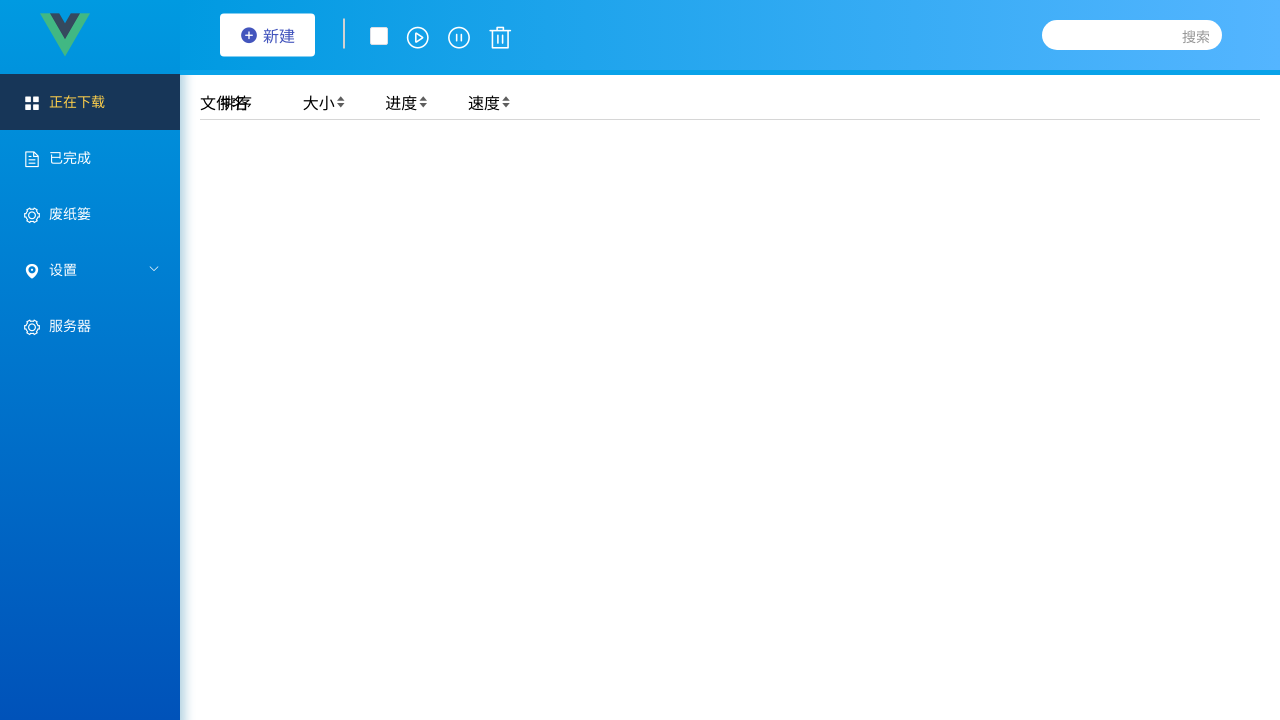
Repository: Ahui-qn/Aria2
Page: /
These files come from the project's save history. The page is drawn as it stood at one moment and after a run of saves; the edit follows.
The browser window is 1280 px wide. The pictures show the whole page.
The page's requests for data from a server got no answer. The project was rebuilt for these pictures with package versions that can differ from the ones it lists, and the page was loaded fresh each time. No one was signed in, and anything a server would have sent is missing. Also part of the build but not shown: src/components/Tables.vue.

Above is the page before, as saved 2021-11-03 11:30:47.

### src/main.js
import Vue from "vue";
import App from "./App.vue";
import router from "./router";
import store from "./store";
import Aria2Client from "./aria2-client.js"
import ElementUI from 'element-ui'
import 'element-ui/lib/theme-chalk/index.css'
import './assets/global.css'

Vue.use(ElementUI)


Vue.config.productionTip = false;

window.aria3 = new Aria2Client({
                    host: 'localhost',
                    port: 6800,
                    secret: '123456',
                })


new Vue({
  router,
  store,
  render: (h) => h(App),
}).$mount("#app");

### src/App.vue
<style lang="less" scopen>
* {
    margin: 0;
    padding: 0;
    box-sizing: border-box;
}
#app {
    display: flex;
    height: 100%;
     .el {
         height: 100%;
        .outmost-menu {
            border: none;
            width: 180px;
            height: 100%;
            box-shadow:5px 10px 10px 0px #0069994c;
            background-image:linear-gradient(#009ae1, #0052b9);
            padding-top: 10px;
            i {
                color: white;
            }
            .frist {
                margin-top: 14px;
            }
            img {
                display: block;
                width: 50px;
                margin-left: 40px;
            }
            .el-submenu {
                .el-menu {
                    background-color: #1c66ab;
                    .el-menu-item {
                        min-width: 0;
                    }
                    .el-menu-item:focus {   // 设置分组里focus颜色
                        background-color: #173658;
                    }
                    .el-menu-item-group__title {
                        display: none;
                    }
                }
            }
            .is-active {       //设置分组外层的focus颜色
                background-color: #173658;
            }
            .el-menu-item:hover {
                background-color: #173658;
            }

            .el-submenu__title:hover {
                background-color: #173658;
            }
        }
    }
    header {
        flex-grow: 1;
        nav {
            height: 70px;
            width: 100%;
            background-image:linear-gradient(to right, #009ae1, #54b5ff);
            position: relative;
            box-shadow:#09a2e9 0px 5px 0px 0px;
            .edit-status {
                height: 100%;
                padding-left:20px;
                .new {
                    margin-left: 20px;
                    background-color: #fff;
                    position: absolute;
                    color: #4355bd;
                    top: 50%;
                    transform: translateY(-50%);
                    border: none;
                    font-size: 16px;
                    a {
                        text-decoration:none;
                        color: #4355bd;
                    }
                    i {
                        font-size: 18px;
                    }
                }
                .new::after {
                    content: '';
                    height: 30px;
                    width: 2px;
                    background-color: rgb(210, 210, 210);
                    position: absolute;
                    top: 5px;
                    right: -30px;
                }
                .el-button-group::before {
                    content: none;
                }
                .el-button-group {
                    display: flex;
                    justify-content: space-between;
                    align-items: center;
                    padding: 0;
                    height: 50px;
                    width: 160px;
                    position: absolute;
                    left: 190px;
                    top:53%;
                    transform: translateY(-50%);
                    .el-checkbox__inner{
                        width: 18px;
                        height: 18px;
                    }
                    .el-checkbox__inner::after{
                        width: 7px;
                        height: 13px;
                        transform:rotate(42deg) scaleY(1) translate(-1px,-2px);
                    }

                    .el-button--primary {
                        border:none
                    }
                    .el-button{
                        background-color: rgba(255, 127, 80, 0);
                        border-radius: 0;
                        padding: 0;
                        i {
                            font-size: 25px;
                        }
                    }
                }
                label.search {
                    position: absolute;
                    top: 50%;
                    right: 50px;
                    transform: translateY(-50%);
                    span {
                        color: rgb(150, 150, 150);
                        position: absolute;
                        top: 6px;
                        right: 20px;
                        font-weight: 200;
                        font-size: 14px;
                    }
                    input {
                        width: 180px;
                        height: 30px;
                        border-radius: 999px;
                        border: none;
                        margin-right: 8px;
                        padding: 0 10px;
                    }
                }
            }
        }
    }
}
</style>

<template>
    <div id="app">
        <div class="el">
            <el-menu class="outmost-menu" text-color="#fff" active-text-color="#ffd04b" :router="true" :default-active="currentPath()">
                <img class="" src="./assets/logo.png" alt="" />
                <el-menu-item class="frist" index="/">
                    <i class="el-icon-menu"></i>
                    <span slot="title">正在下载</span>
                </el-menu-item>
                <el-menu-item index="/completed">
                    <i class="el-icon-document"></i>
                    <span slot="title">已完成</span>
                </el-menu-item>
                <el-menu-item index="/deleted">
                    <i class="el-icon-setting"></i>
                    <span slot="title">废纸篓</span>
                </el-menu-item>
                <el-submenu index="/settings">
                    <template slot="title">
                        <i class="el-icon-location"></i>
                        <span>设置</span>
                    </template>
                    <el-menu-item-group>
                        <el-menu-item index="/settings/basic">基础设置</el-menu-item>
                        <el-menu-item index="/settings/http">HTTP设置</el-menu-item>
                        <el-menu-item index="/settings/rpc">RPC设置</el-menu-item>
                        <el-menu-item index="/settings/advanced">高级设置</el-menu-item>
                    </el-menu-item-group>
                </el-submenu>
                <el-menu-item index="/server">
                    <i class="el-icon-setting"></i>
                    <span slot="title">服务器</span>
                </el-menu-item>
            </el-menu>
        </div>
        <header>
            <nav>
                <div class="edit-status">
                    <router-link to="/new">
                        <el-button type="primary" class="new" icon="el-icon-circle-plus">新建</el-button>
                    </router-link>
                    <el-button-group>
                        <el-checkbox @change="selectAll"></el-checkbox>   <!--全选按钮 ,拿取到当前组件的内容传递过去-->
                        <el-button type="primary" icon="el-icon-video-play" @click.native="editStatus('unpause')"></el-button>  <!--开始按钮-->
                        <el-button type="primary" icon="el-icon-video-pause" @click.native="editStatus('pause')"></el-button>  <!--暂停按钮-->
                        <el-button type="primary" icon="el-icon-delete" @click.native="editStatus('remove')"></el-button>   <!--删除按钮-->
                    </el-button-group>
                    <label class="search"><input type="text" /><span>搜索</span></label>
                </div>
            </nav>
            <router-view ></router-view>
        </header>
    </div>
</template>

<script>
import { mapMutations, mapActions } from 'vuex'

export default {
    name: 'App',
    data() {
        return {}
    },
    methods: {
         ...mapActions([
            'editStatus',
            ]),
        ...mapMutations([
            'selectAll',
            ]),
        currentPath() {
            return /\/\w*\/?/.exec(location.hash)[0]
        },
    },
}
</script>

### src/router/index.js
import Vue from 'vue'
import VueRouter from 'vue-router'
import Downloading from '../views/Downloading'

Vue.use(VueRouter)

const routes = [
    {
        path: '/',
        name: 'Downloading',
        component: Downloading,
    },
    {
        path: '/completed',
        name: 'Completed',
        component: () => import(/* webpackChunkName: "Completed" */ '../views/Completed.vue'),
    },
    {
        path: '/deleted',
        name: 'Deleted',
        component: () => import(/* webpackChunkName: "Deleted" */ '../views/Deleted.vue'),
    },
    {
        path: '/new',
        name: 'new',
        component: () => import(/* webpackChunkName: "newTask" */ '../views/NewTask.vue'),
    },
    {
        path: '/task/:gid',
        name: 'TaskDetails',
        component: () => import(/* webpackChunkName: "TaskDetails" */ '../views/TaskDetails.vue'),
    },
    {
        path: '/settings/:type',
        component: () => import(/* webpackChunkName: "setting" */ '../views/Setting.vue'),
    },

]

const router = new VueRouter({
    routes,
})

export default router

### src/store/index.js
import Vue from 'vue'
import Vuex from 'vuex'
import Aria2Client from '../aria2-client'
import { MessageBox } from 'element-ui';

Vue.use(Vuex)

export default new Vuex.Store({
    // strict: true,
    state: {
        tasks: [],    //正在下载任务列表，为多个对象
        search: '',   // 搜索功能输入的内容
        completeds: [],   // 已完成的task数据
        selected: [],
        aria2: new Aria2Client({
            host: 'localhost',
            port: 6800,
            secret: '123456',
        }),
    },
    getters: {
        showSearch(state) {   // 输入的内容匹配文件名字，搜索
            if (state.search == '') {
                return state.tasks
            }else {
                return state.tasks.filter(task => {
                    return task.files[0].path.toLowerCase().includes(state.search.toLowerCase())
                })
            }
        },
        getFileSize(state) {
            return function (task) {
                if (task.totalLength  > 1048576) {
                    return (task.totalLength / 1024 / 1024).toFixed(2) + ' MB'
                }else {
                    return (task.totalLength / 1024).toFixed(2) + ' KB'
                }
            }

        },
        getDownloadSpeed(state) {   // 当前下载速度
            return function (task) {
                if (task.status == 'paused') {
                    return '暂停中'
                }else if (task.status == 'waiting') {
                    return '等待中'
                }else  if (task.downloadSpeed == '0') {
                    return 0 + 'KB/s'
                }else if (task.downloadSpeed >= 1048576) {
                    return (task.downloadSpeed / 1024 / 1024).toFixed(2) + 'MB/s'
                }else {
                    return (task.downloadSpeed / 1024 ).toFixed(2) + 'KB/s'
                }

            }
        },
        getLinkName(state) {
            return function (task) {
                if (task.files?.[0].path) {  // 如果存在此文件
                    return task.files[0].path.split('/').at(-1) // path存在是一定有文件名的
                }else {
                    return task.files?.[0].uris?.[0].uri.split('/').at(-1) ?? '未知'
                }
            }
        },
        getProgress(state) {   // 当前下载进度，%显示
            return function (task) {
                if (task.completedLength == '0') {  // ???/等于000
                    return 0
                }else {
                    return Number((task.completedLength / task.totalLength * 100).toFixed(1))
                }
            }
        },
    },

    mutations: {
        selectedSwitch(state,task) {  // 切换选中selectedSwitch
                let idx = state.selected.indexOf(task.gid)
                if (idx == -1) {
                    state.selected.push(task.gid)  // 只传id
                }else {
                    state.selected.splice(idx, 1)
                }
        },
        selectAll (state) {    // 全部选择函数
            if (location.href.split('/').at(-1) == 'completed') { // 如果是在已完成页面
                if (state.selected.length == state.completeds.length) {
                    state.selected = []
                }else {
                    state.completeds.forEach((task) => {
                        state.selected.push(task.gid)
                    })
                }
            }else {  // 如果是在正在下载页面
                if (state.selected.length == state.tasks.length) {
                    state.selected = []  // 如果两个全都选中则清空数组
                }else {
                    state.tasks.forEach((task) => {
                        state.selected.push(task.gid)
                    })
                }
            }

        },
        handleSearchChange(state,e) {   // 搜索双向绑定
            state.search = e.target.value
        },
        updateList(state, tasks) {   // actions触发的task更新赋值函数
            state.tasks = tasks
        },
        editCompleteds(state, completeds) {
            state.completeds = completeds    // 将获取到的completeds赋值到新的completeds上
        }
    },

    actions: {
        async getCompletedName({commit,state}) {
            let completeds = [
                ...await state.aria2.tellStopped(0,1000)
            ]
            commit('editCompleteds', completeds)
        },
        async submit({state}, url) {
            await state.aria2.addUri([url])
       },
        async asyncUpdateList({ commit, state}) {     // Downloading组件页面每秒钟调用此函数更新数据
            let tasks = [
                ...await state.aria2.tellActive(),
                ...await state.aria2.tellWaiting(0,100)
            ]
            commit('updateList', tasks)
        },

        async editStatus({ state }, status) {   // 操作task删除、暂停、开始的操作
            if (status == 'remove') {
                try {
                   await MessageBox.confirm('确定删除？')   // element组件库的函数，返回一个promise
                }catch(e) {
                    return
                }
            }
            let selectedTask =  state.tasks.filter((task) => {
                return state.selected.includes(task.gid)
            })

            try {
                for (let task of selectedTask) {
                    if (task.status == 'active' && status == 'unpause') continue
                    if (task.status == 'pause' && status == 'pause') continue  // 如果不是这两个就是remove
                    await state.aria2[status](task.gid)   // 关与暂停、开始、删除操作都是传入gid
                    // 已删除的任务状态为removed，可以做已完成和已删除分类
            }
            } catch(e) {
                console.log('用element消息通知提示用户已暂停')
            }
            this.dispatch('asyncUpdateList')    // 调用上面的update更新状态
        },
    },

    modules: {},
})

### src/aria2-client.js
class Aria2Client {
    constructor(options) {
        this.options = options
        this.ws = new WebSocket(`ws://${options.host}:${options.port}/jsonrpc`)

        this.lastId = 1
        this.callbacks = {}  // 存储每个每次函数调用的回调函数

        this.connectPromise = new Promise((resolve, reject) => {  // 要么websocket处于连接成功状态，要么处于连接失败状态，正在连接中的话执行下面的forEach会报错
            this.ws.addEventListener('open', () => {
              resolve()
            })
            this.ws.addEventListener('error', (e) => {
              reject('WS_CONNECTION_ERROR')
            })
          })

        this.ws.addEventListener('message', (e) => {
            let data = JSON.parse(e.data)
            let callback = this.callbacks[data.id]  // 无论data是error还是result都带着此次会话id
            delete this.callbacks[data.id]
            if (typeof callback == 'function') {
                callback(data)
            }
        })
    }
}


   ;[
    "addUri",
    "addTorrent",
    "getPeers",
    "addMetalink",
    "remove",
    "pause",
    "forcePause",
    "pauseAll",
    "forcePauseAll",
    "unpause",
    "unpauseAll",
    "forceRemove",
    "changePosition",
    "tellStatus",
    "getUris",
    "getFiles",
    "getServers",
    "tellActive",
    "tellWaiting",
    "tellStopped",
    "getOption",
    "changeUri",
    "changeOption",
    "getGlobalOption",
    "changeGlobalOption",
    "purgeDownloadResult",
    "removeDownloadResult",
    "getVersion",
    "getSessionInfo",
    "shutdown",
    "forceShutdown",
    "getGlobalStat",
    "saveSession"
    ].forEach(methodName => {
        Aria2Client.prototype[methodName] = function (...args) {  // ...args为每个函数的 『 第一个参数之后 』的每个参数
            return this.connectPromise.then(() => {   //

                return new Promise((resolve, reject) => {
                    let id = this.lastId++
                    this.callbacks[id] = function (data) {  //ws.message事件触发调用callback说明data收到
                        if (data.error) {  // 如果data放回的是一个error说明出错
                            reject(data.error)
                        }else {
                            resolve(data.result)    //拿到结果，promise状态确定
                        }
                    }
                    this.ws.send(JSON.stringify({
                        jsonrpc : '2.0',
                        id : id,
                        method: 'aria2.' + methodName,
                        params: [`token:${this.options.secret}`, ...args]
                    }))
                })

            })
        }
    })




    export default Aria2Client

### src/assets/global.css
html, body {
    height: 100%;
    width: 100%;
}

### src/views/Downloading.vue
<style scoped lang="less">
</style>

<template>
    <div id="dowloading">
        <Header :isShowSpeed="true"/>
        <Tables
            v-for="(task) of showSearch"
            @click.native="selectedSwitch(task)"
            :key="task.gid"
            :filename="getLinkName(task)"
            :filesize="getFileSize(task)"
            :progress="getProgress(task)"
            :speed="getDownloadSpeed(task)"
            :selected="selected"
            :task="task"
        />
    </div>
</template>

<script>

import { mapState , mapMutations, mapGetters,  mapActions} from "vuex"
import Header from '../components/Header.vue'
import Tables from  "../components/Tables.vue"
export default {
    name:'downloading',
    data() {
        return {}
    },
    components: {
        Tables,
        Header,
    },
    mounted() {
        this.$store.dispatch('asyncUpdateList')
        this.IntervalId = setInterval(() => {
            this.$store.dispatch('asyncUpdateList')
        },1000)
    },

    beforeDestroy() {
        clearInterval(this.IntervalId)
    },
    computed : {
        ...mapState(['selected']),
        ...mapGetters([
            'showSearch',
            'getLinkName',
            'getProgress',
            'getDownloadSpeed',
            'getFileSize'
            ]),
    },
    methods :{
        ...mapActions(['editStatus']),
        ...mapMutations([   // 函数作用注释在store里
            'selectedSwitch',
            'selectAll',
            'updateList',
            'handleSearchChange',
            ]),
    },
}
</script>

### src/components/Header.vue
<style scoped lang="less">
    .classify {
        margin: 20px;
        font-size: 16px;
        position: relative;
        height: 30px;
        border-bottom: 1px rgba(198, 198, 198, 0.715) solid;
        div.container {
            float: right;
            position: absolute;
            top: 0;
            left: 20px;
            display: flex;
            width: 280px;
            justify-content: space-between;
            div {
                position: relative;
                i {
                    position: absolute;
                    font-size: 12px;
                    color: rgb(94, 94, 94);
                }
                i:nth-of-type(1) {
                    top: 3px;
                }
                i:nth-of-type(2) {
                    top: 9px;
                }
            }
        }
}
</style>
<template>
    <div>
        <header class="classify">
            <span>文件名</span>
            <div class="container">
                <p>排序</p>
                <div>
                    <span>大小</span>
                    <i class="el-icon-caret-top"></i>
                    <i class="el-icon-caret-bottom"></i>
                </div>
                <div>
                    <span>进度</span>
                    <i class="el-icon-caret-top"></i>
                    <i class="el-icon-caret-bottom"></i>
                </div>
                <div v-show="isShowSpeed">
                    <span>速度</span>
                     <i class="el-icon-caret-top"></i>
                     <i class="el-icon-caret-bottom"></i>
                </div>
            </div>
        </header>
    </div>
</template>
<script>
export default {
    name: 'Header',
    props: {
        isShowSpeed: {
            type: Boolean,
            required: false,
            default: true
        }
    }
}
</script>

Loaded but not shown: public/index.html (common file)

After the next 2 saves:
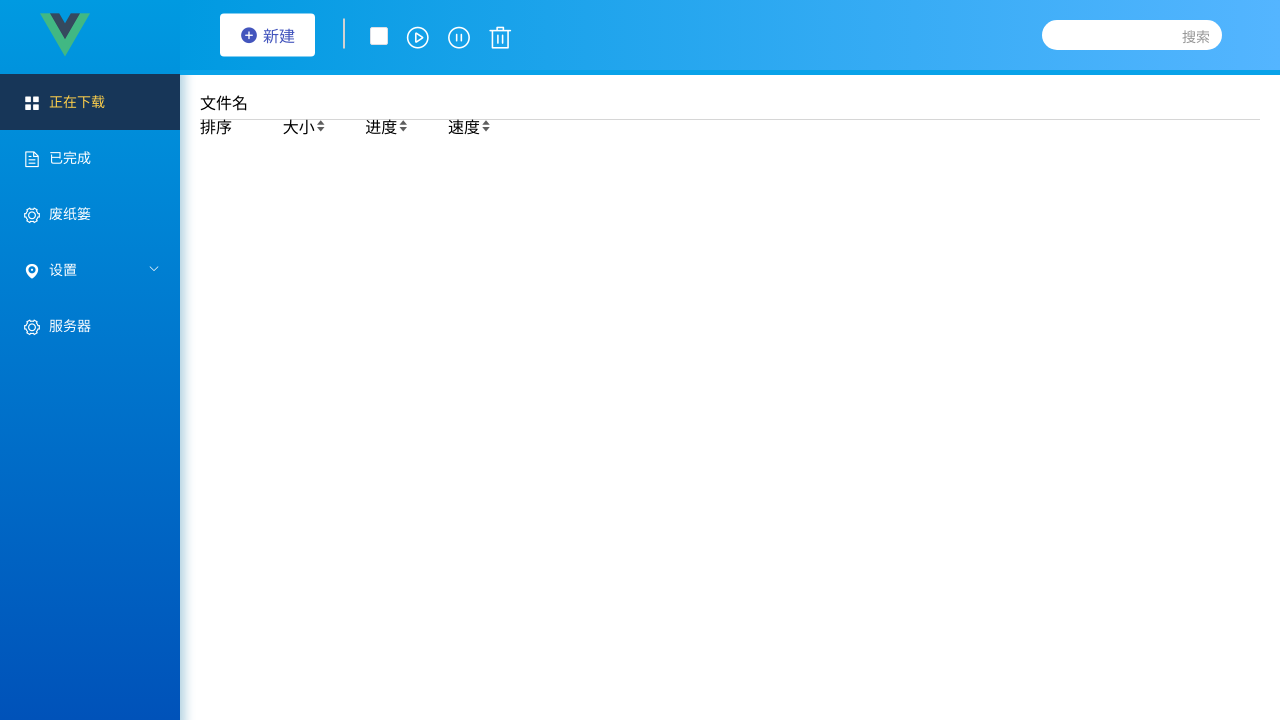
The 2 saves are shown as one change because they came seconds apart.
The last was saved 12 s later.
--- a/src/components/Header.vue
+++ b/src/components/Header.vue
@@ -6,10 +6,9 @@
         height: 30px;
         border-bottom: 1px rgba(198, 198, 198, 0.715) solid;
         div.container {
-            float: right;
-            position: absolute;
-            top: 0;
-            left: 20px;
+
+
+
             display: flex;
             width: 280px;
             justify-content: space-between;
